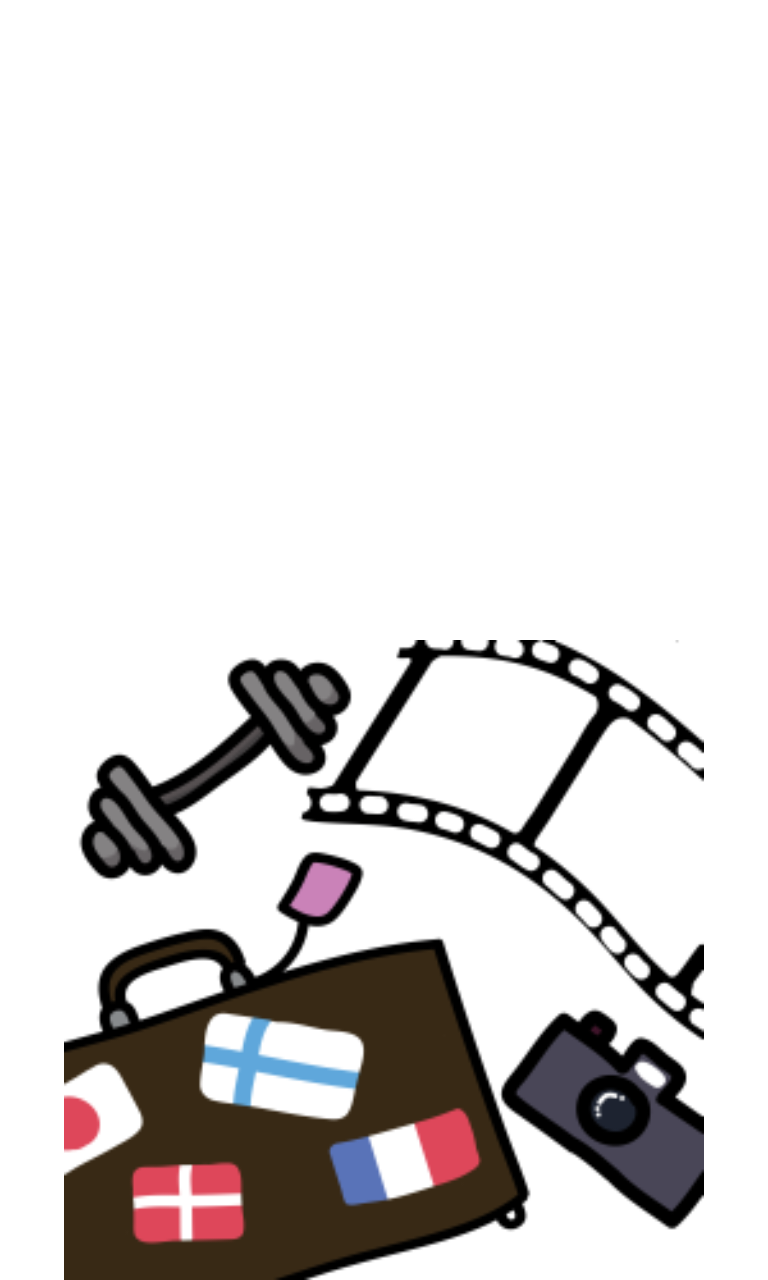
Repository: MikeFynes/ChallengeAccepted
Layout: ChallengeAcceptedFrontEnd/ChallengeDemo/res/layout/tab_welcome.xml
The author's editor kept a copy of each file at every save. The layout is drawn from the files as they stood at one save, then again after a run of saves.
It is drawn on a 768 x 1280 px phone screen (xhdpi) without system bars, with theme AppTheme; the app's code is not run. The app's manifest (not shown) leaves right-to-left support off. So textAlignment, textDirection and layoutDirection are ignored, and left and right values win over start and end ones.

Above is the layout before, as saved 2014-12-09 17:28:24.

### ChallengeAcceptedFrontEnd/ChallengeDemo/res/layout/tab_welcome.xml
<?xml version="1.0" encoding="utf-8"?>
<LinearLayout xmlns:android="http://schemas.android.com/apk/res/android"
    android:layout_width="match_parent"
    android:layout_height="match_parent"
    android:orientation="vertical" >


    <TextView android:layout_width="match_parent"
    android:layout_height="match_parent"
    android:id="@+id/welcome_title"
    android:layout_weight="2"
    android:gravity="center"
    android:textStyle="bold"
    android:textSize="40sp"/>



    <TextView android:layout_width="match_parent"
    android:layout_height="match_parent"
    android:id="@+id/welcome_from"
    android:layout_weight="1"
    android:gravity="top"
    android:textAlignment="center"
     />

           <ImageView
        android:contentDescription="@string/image_context"

android:layout_width="match_parent"
    android:layout_height="match_parent"

        android:layout_weight="1"
        android:src="@drawable/welcome_icon"
         />

</LinearLayout>

### ChallengeAcceptedFrontEnd/ChallengeDemo/res/values/color.xml
<?xml version="1.0" encoding="utf-8"?>
<resources>

    <color name="white">#FFFFFF</color>
    <color name="black">#000000</color>

<!--      CHALLENGES COLOURS -->
    <color name="selected_cat">#00695C</color>
    <color name="list_selected_chall">#B2DFDB</color>

<!--     ACTIONBAR COLOURS -->
    <color name="actionbar">#009688</color>


</resources>

### ChallengeAcceptedFrontEnd/ChallengeDemo/res/drawable/tab_indicator.xml
<?xml version="1.0" encoding="utf-8"?>
<selector xmlns:android="http://schemas.android.com/apk/res/android" >
    <!-- STATES WHEN BUTTON IS NOT PRESSED -->

    <!-- Non focused states -->
    <item android:state_focused="false" android:state_selected="false"
        android:state_pressed="false"
        android:drawable="@color/actionbar" />
    <item android:state_focused="false" android:state_selected="true"
        android:state_pressed="false"
        android:drawable="@color/list_selected_chall" />

    <!-- Focused states (such as when focused with a d-pad or mouse hover) -->
    <item android:state_focused="true" android:state_selected="false"
        android:state_pressed="false"
        android:drawable="@color/actionbar" />
    <item android:state_focused="true" android:state_selected="true"
        android:state_pressed="false"
        android:drawable="@color/list_selected_chall" />


    <!-- STATES WHEN BUTTON IS PRESSED -->

    <!-- Non focused states -->
    <item android:state_focused="false" android:state_selected="false"
        android:state_pressed="true"
        android:drawable="@color/actionbar" />
    <item android:state_focused="false" android:state_selected="true"
        android:state_pressed="true"
        android:drawable="@color/list_selected_chall" />

    <!-- Focused states (such as when focused with a d-pad or mouse hover) -->
    <item android:state_focused="true" android:state_selected="false"
        android:state_pressed="true"
        android:drawable="@color/list_selected_chall" />
    <item android:state_focused="true" android:state_selected="true"
        android:state_pressed="true"
        android:drawable="@color/list_selected_chall" />

</selector>

### ChallengeAcceptedFrontEnd/ChallengeDemo/res/values/strings.xml
<?xml version="1.0" encoding="utf-8"?>
<resources>
	<string name="image_context">image</string>
    <string name="app_name">Challenger</string>
    <string name="start_select_user">Select User</string>
    <string name="select_challenge">Select Challenge</string>
    <string name="select_category">Select Category</string>
    <string name="action_settings">Settings</string>

      <string name="text_accepted">ACCEPTED</string>
    <string name="text_received">RECEIVED</string>

    <string name="tab_lbl_my_challenges">My Challenges</string>
    <string name="tab_lbl_scoreboard">Scoreboard</string>
    <string name="tab_lbl_create_challenge">Challenge</string>
    <string name="tab_lbl_welcome">Welcome</string>
    <string name="btn_accept">Accept</string>
    <string name="btn_decline">Decline</string>



    <string name="btn_complete">Complete</string>
    <string name="no_challTitle">No Challenge Yet</string>
    <string name="no_challDesc">No Challenge has been issued</string>
    <string name="btnChallenge">SEND CHALLENGE!</string>
    <string name="btnBack">Back</string>
    <string name="btn_add_user">Add User</string>

    <string name="challenge_title">CHALLENGE</string>
    <string name="challenge_points">POINTS</string>

      <string name="user_points">Score</string>
  		<string name="user_name">Name</string>

  		<string name="fill_form">Enter details below and click complete to add a user</string>
  		<string name="add_name">User Name</string>


  		<string name="welcome_start">Welcome</string>
  		<string name="welcome_from_start">Navigate through tabs to challenges!</string>

  		<string name="welcome_response">Response Logged!</string>
  		<string name="welcome_from_response">Your response has been added!</string>

  		  		<string name="welcome_complete">Challenge Complete</string>
  		<string name="welcome_from_complete">You go girl!</string>

  		  		<string name="welcome_sent">Challenge Sent</string>
  		<string name="welcome_from_sent">Oooooooooooh!</string>
</resources>

Loaded but not shown: ChallengeAcceptedFrontEnd/ChallengeDemo/res/values/styles.xml (common file)

After the next 2 saves:
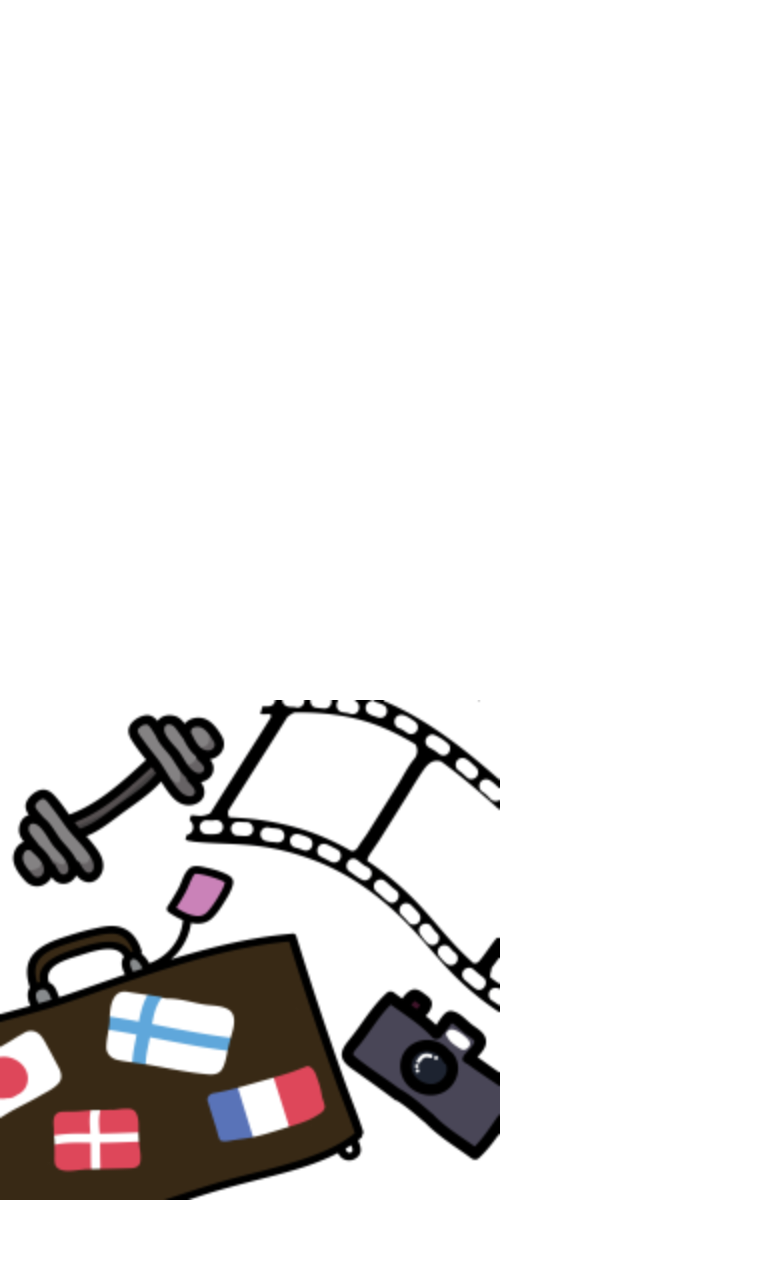
The 2 saves are shown as one change because they came seconds apart.
The last was saved 85 s later.
--- a/ChallengeAcceptedFrontEnd/ChallengeDemo/res/layout/tab_welcome.xml
+++ b/ChallengeAcceptedFrontEnd/ChallengeDemo/res/layout/tab_welcome.xml
@@ -6,7 +6,7 @@
 
 
     <TextView android:layout_width="match_parent"
-    android:layout_height="match_parent"
+    android:layout_height="wrap_content"
     android:id="@+id/welcome_title"
     android:layout_weight="2"
     android:gravity="center"
@@ -15,8 +15,8 @@
 
 
 
-    <TextView android:layout_width="match_parent"
-    android:layout_height="match_parent"
+    <TextView android:layout_width="fill_parent"
+    android:layout_height="wrap_content"
     android:id="@+id/welcome_from"
     android:layout_weight="1"
     android:gravity="top"
@@ -26,8 +26,8 @@
            <ImageView
         android:contentDescription="@string/image_context"
 
-android:layout_width="match_parent"
-    android:layout_height="match_parent"
+android:layout_width="wrap_content"
+    android:layout_height="wrap_content"
 
         android:layout_weight="1"
         android:src="@drawable/welcome_icon"
